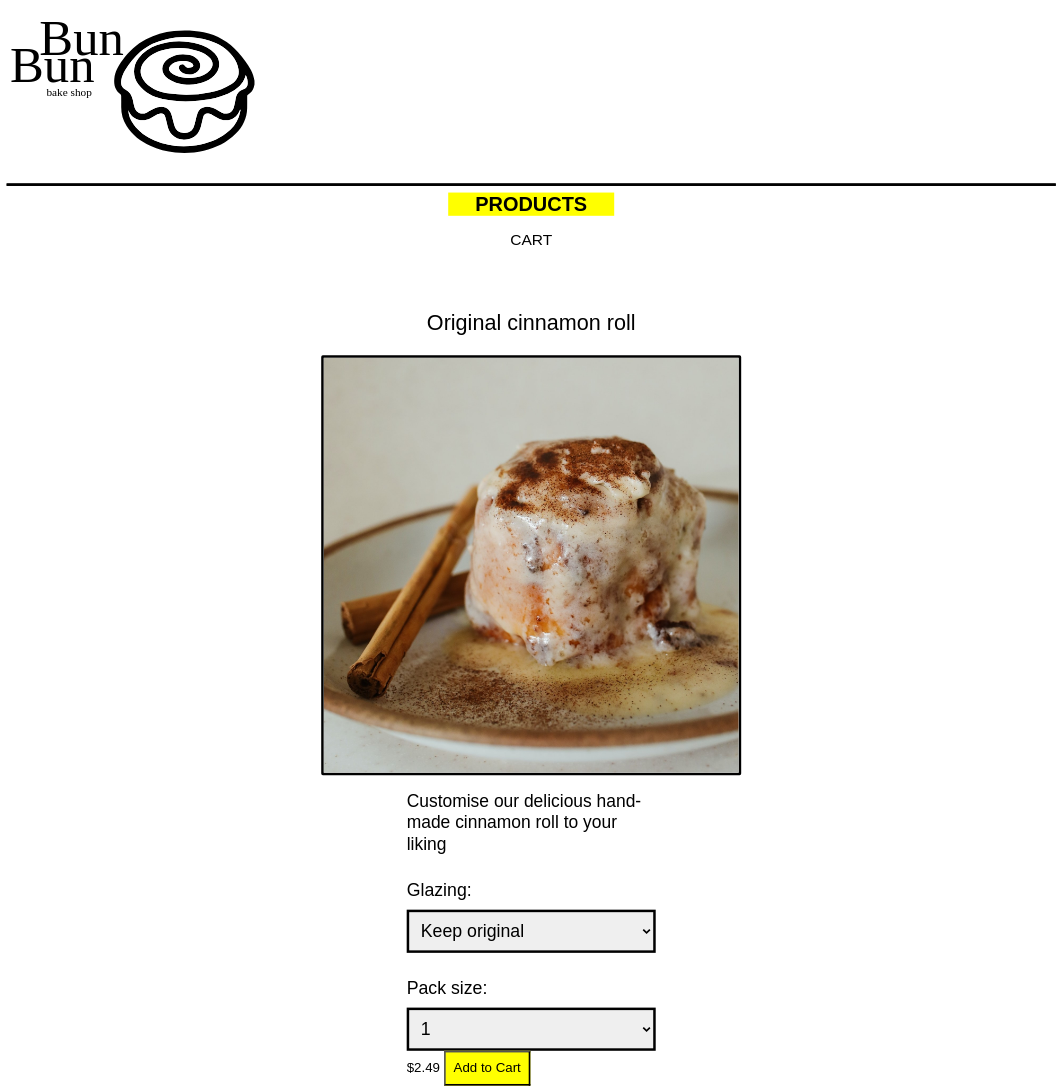
Repository: alicianghm/pui-hw
Page: solution-hw1/HW1-Detail.html
An editor plug-in stored every save of this project. The page is shown before and after the next save, followed by the edit.
The browser window is 1280 px wide. The pictures show the whole page, at 83% of full size.

Above is the page before, as saved 2022-09-08 13:39:34.

After the next save:
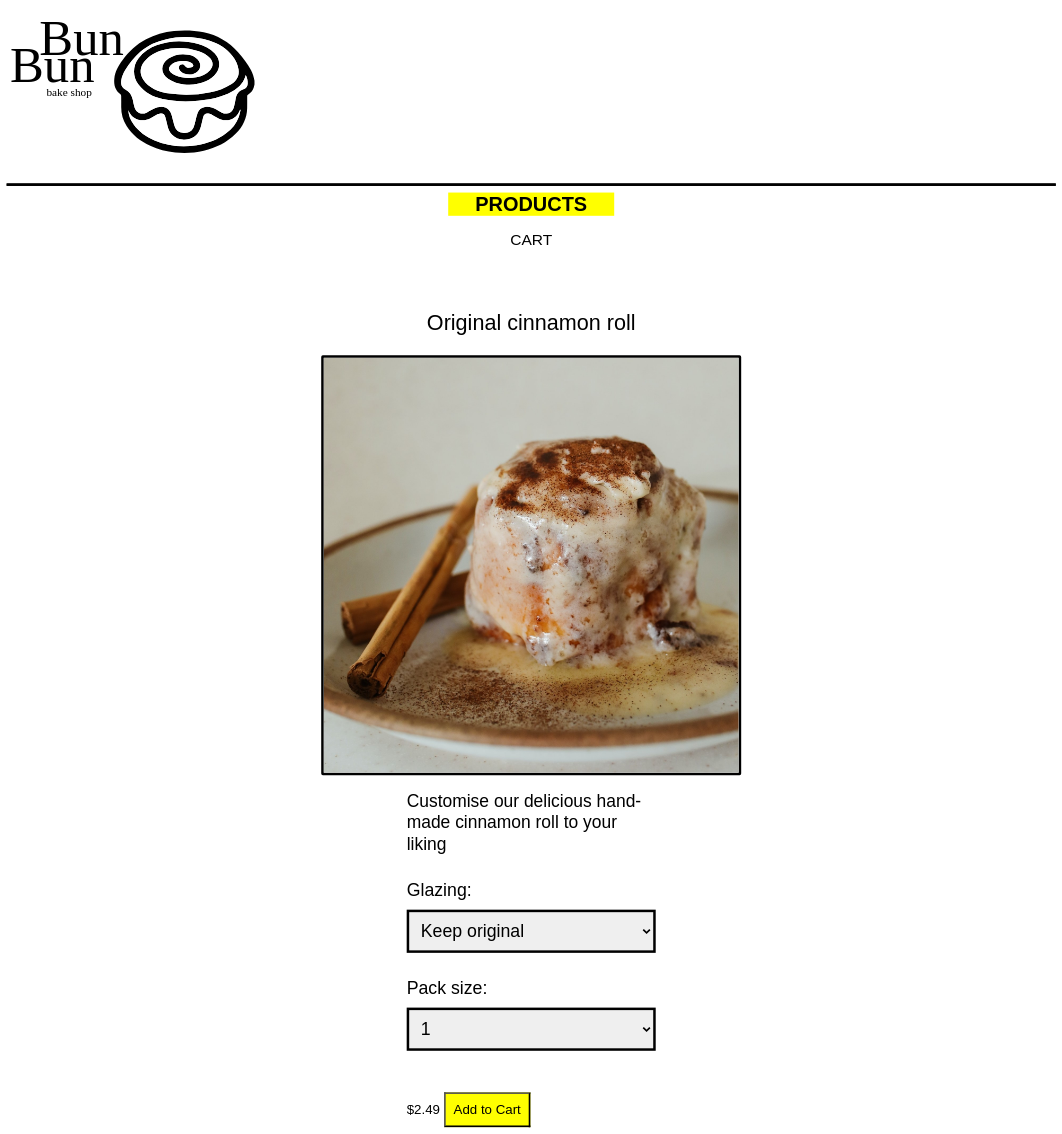
Saved 13 s later.
--- a/solution-hw1/hw1.css
+++ b/solution-hw1/hw1.css
@@ -203,8 +203,7 @@
   font-weight:bold;
 }
 
-.checkout p{
+.checkout{
   align-content: right;
   padding-top: 50px;
-  background-color: red;
-}
+}
